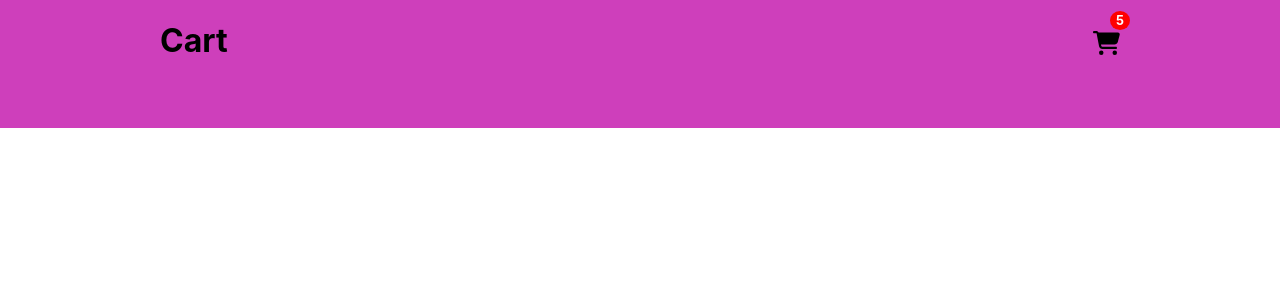
Repository: sriram1224/Cart-react-app
Page: /
An editor plug-in stored every save of this project. The page is shown before and after the next save, followed by the edit.
The browser window is 1280 px wide. The pictures show the whole page.
The project was rebuilt for these pictures with package versions that can differ from the ones it lists, and the page was loaded fresh each time.

Above is the page before, as saved 2024-03-12 13:50:55.

After the next save:
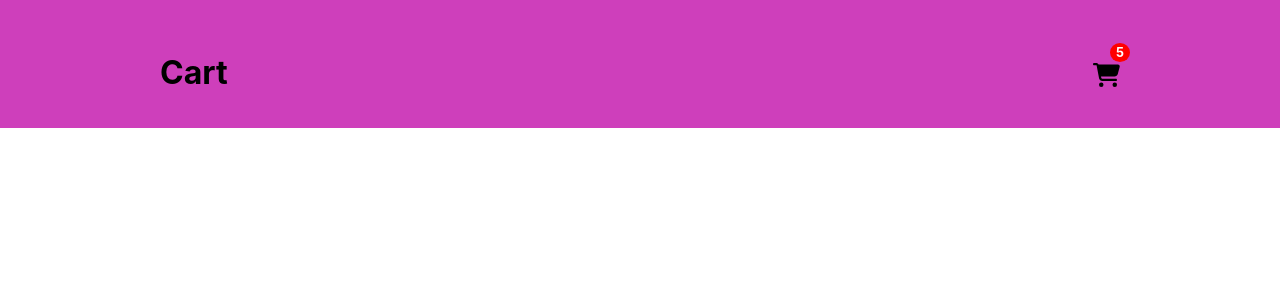
Saved 33 s later.
--- a/src/Components/Navbar.css
+++ b/src/Components/Navbar.css
@@ -27,6 +27,7 @@
     justify-content: space-between;
     margin: 0 10rem;
     align-items: center;
+    padding-top: 2rem;
 
 }
 
